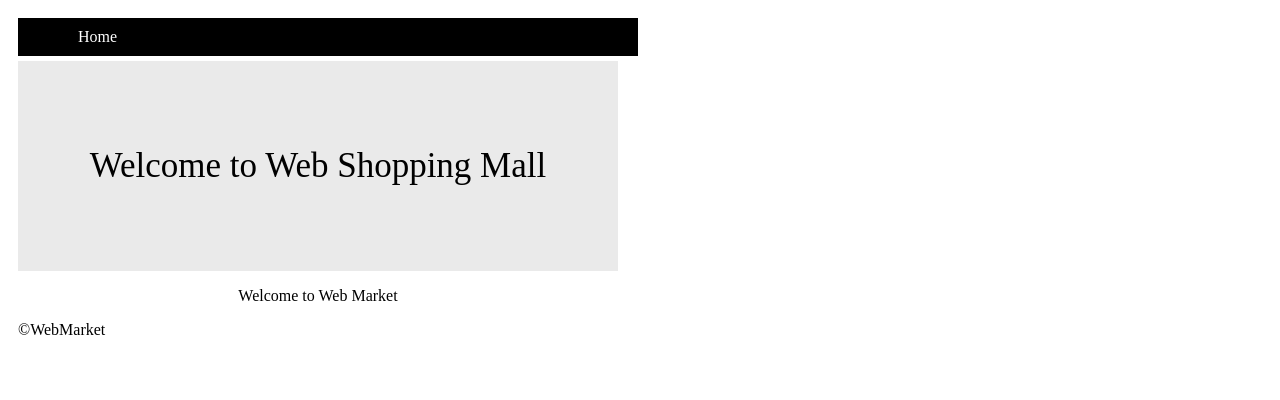
Repository: JuHyeon-S/21-1-Web-Back-end_Programming
Page: http://localhost/week07_20185135/work05_20185135.jsp
The author's editor kept a copy of each file at every save. The page is drawn from the files as they stood at one save, then again after the next save.
The browser window is 1280 px wide. The pictures show the whole page.
The page is served by Tomcat 9.

Above is the page before, as saved 2021-04-15 03:22:39.

After the next save:
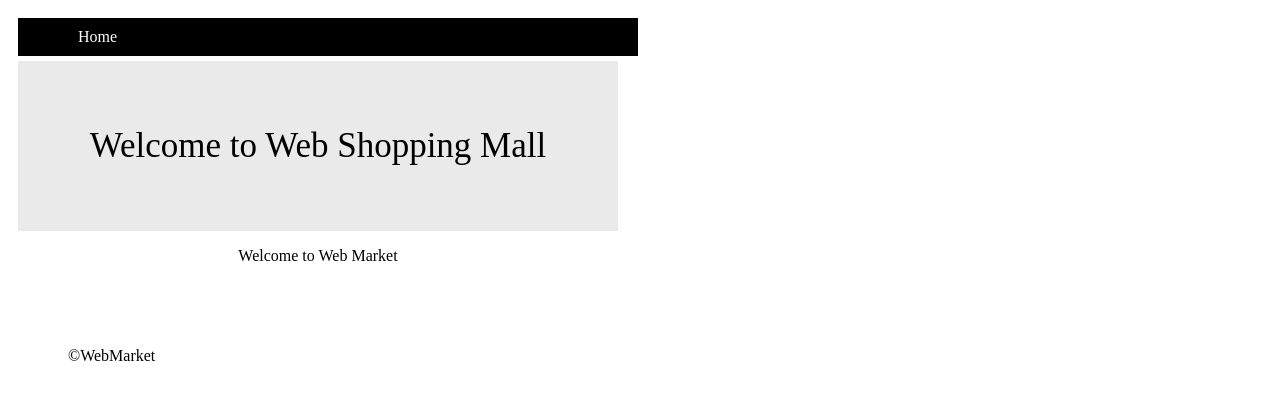
Saved 59 s later.
--- a/week07/week07_20185135/src/main/webapp/work05_20185135_css.css
+++ b/week07/week07_20185135/src/main/webapp/work05_20185135_css.css
@@ -22,8 +22,8 @@ body {
 
 .div1{
 	width: 600px;
-	padding-top: 50px;
-	padding-bottom: 50px;
+	padding-top: 30px;
+	padding-bottom: 30px;
 	background-color: rgb(234,234, 234);
 	font-size: 35px;
 	text-align: center;
@@ -32,3 +32,7 @@ body {
 .div2{
 	text-align: center;
 }
+
+footer{
+	padding: 50px;
+}
